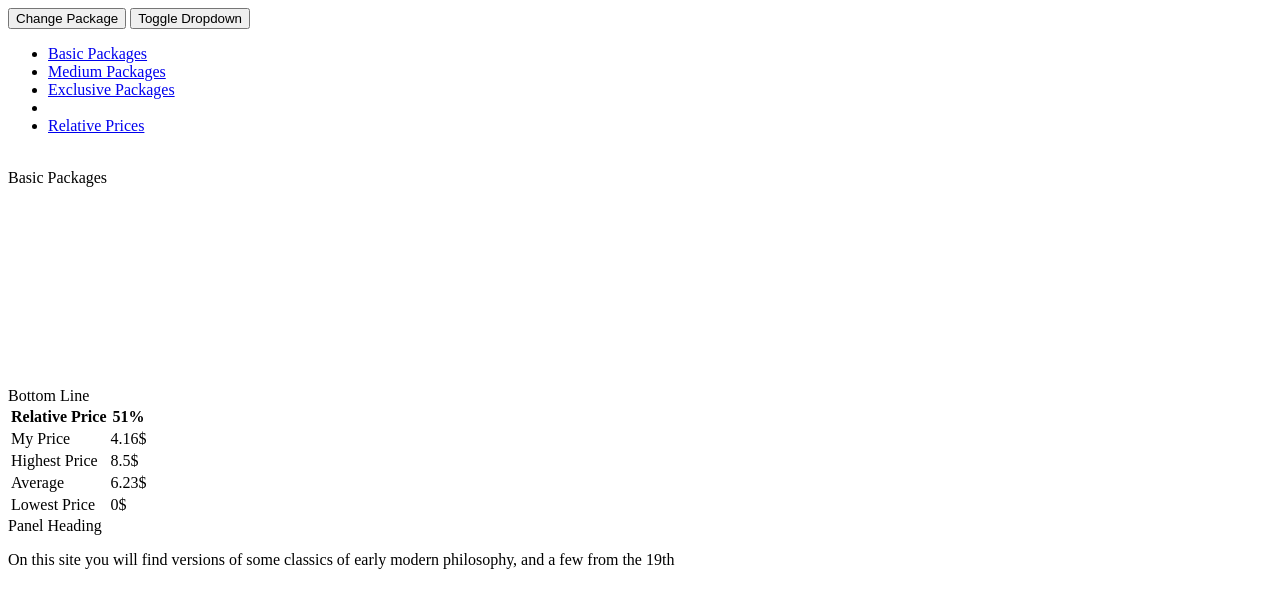
Repository: netaosman/Price-try-course
Page: prixceFrontEnd/src/main/webapp/Prixce_FrontEnd/HTML/Market/pricesPack/BasicPackages.html
These files come from the project's save history. The page is drawn as it stood at one moment and after the next save; the edit follows.
The browser window is 1280 px wide. The pictures show the whole page.

Above is the page before, as saved 2017-09-24 15:36:21.

After the next save:
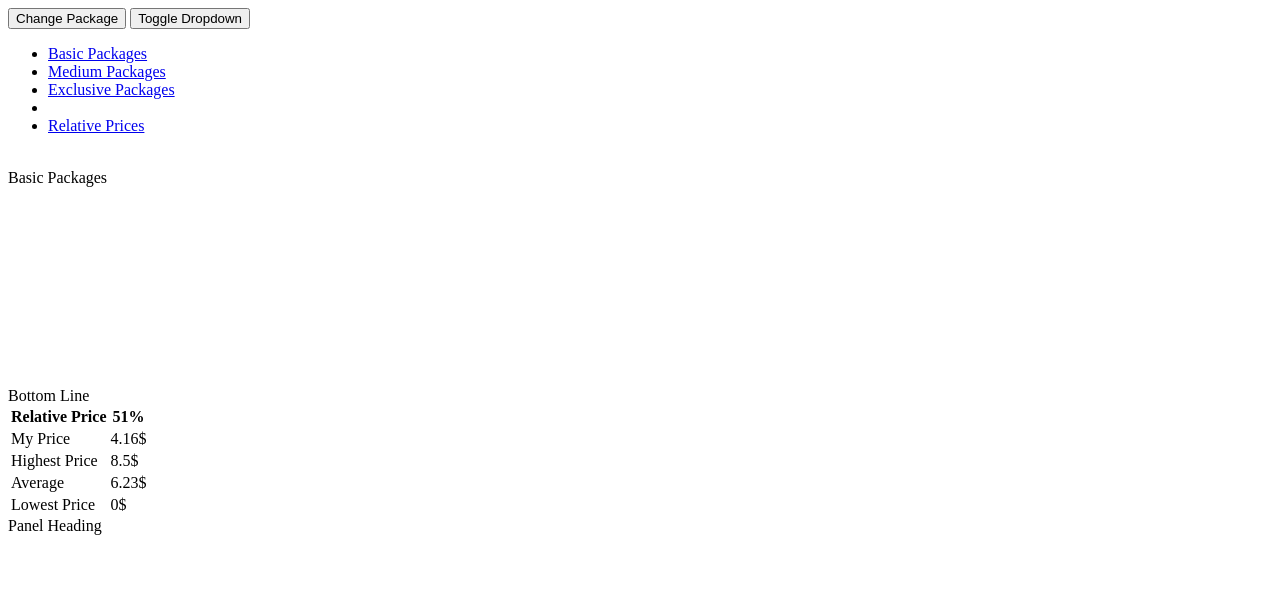
Saved 51 s later.
--- a/prixceFrontEnd/src/main/webapp/Prixce_FrontEnd/HTML/Market/pricesPack/BasicPackages.html
+++ b/prixceFrontEnd/src/main/webapp/Prixce_FrontEnd/HTML/Market/pricesPack/BasicPackages.html
@@ -78,8 +78,6 @@
 		<div class="col-xs-12 col-md-4">
 			<div class="panel panel-default-1">
 				<div class="panel-heading">Panel Heading</div>
-				<p>On this site you will find versions of some classics of early
-					modern philosophy, and a few from the 19th </p>
 			</div>
 		</div>
 	</div>
